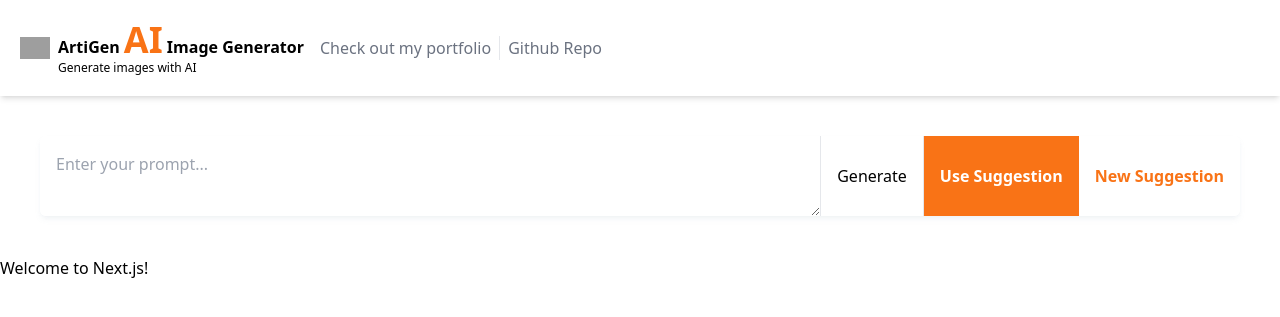
Repository: AlgoHussle/image-generator
Page: /
An editor plug-in stored every save of this project. The page is shown before and after the next save, followed by the edit.
The browser window is 1280 px wide. The pictures show the whole page.
Pictures or frames that could not be fetched are drawn as grey boxes. The project was rebuilt for these pictures with package versions that can differ from the ones it lists, and the page was loaded fresh each time. The framework's server and built-in components were replaced by stand-ins that run in the browser. Also part of the build but not shown: next.config.js.

Above is the page before, as saved 2023-04-26 13:45:53.

After the next save:
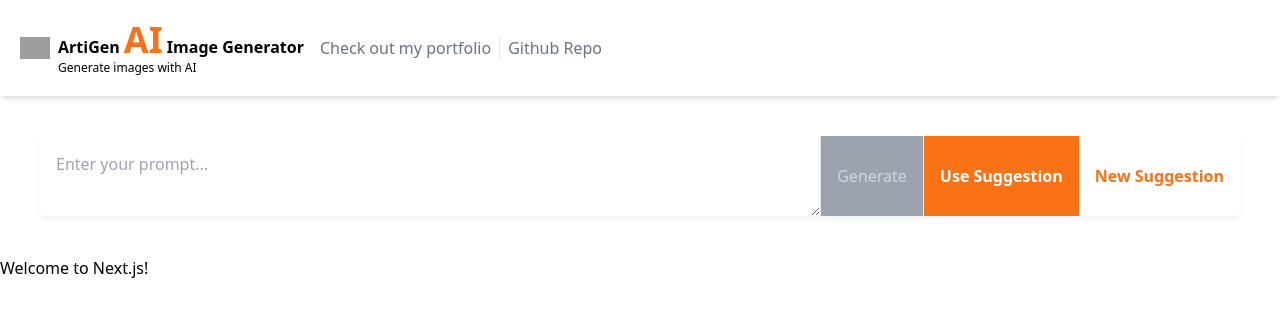
Saved 7 s later.
--- a/components/PromptInput.tsx
+++ b/components/PromptInput.tsx
@@ -15,7 +15,7 @@ function PromptInput() {
             <button
                 type="submit"
                 disabled={!input}
-                className={`p-4 ${input ? '' : ''}`}
+                className={`p-4 ${input ? '' : 'bg-gray-400 text-gray-300 cursor-not-allowed'}'}`}
             >
                 Generate
             </button>
